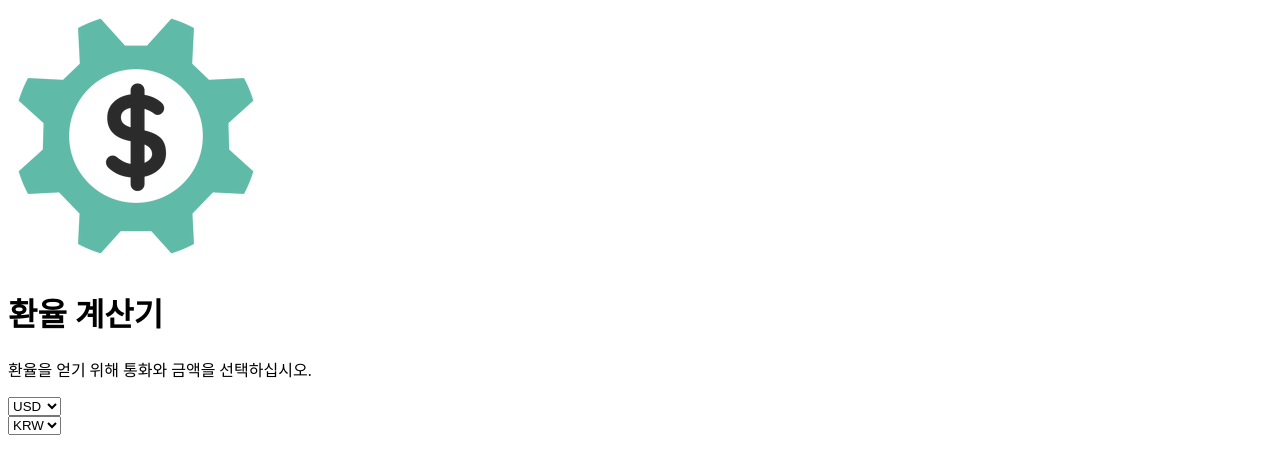
Repository: AbrorjonKuchkarov/exchange-rate
Page: index.html
The author's editor kept a copy of each file at every save. The page is drawn from the files as they stood at one save, then again after the next save.
The browser window is 1280 px wide. The pictures show the whole page.

Above is the page before, as saved 2022-02-24 01:11:38.

### index.html
<!DOCTYPE html>
<html lang="en">
<head>
   <meta charset="UTF-8">
   <meta http-equiv="X-UA-Compatible" content="IE=edge">
   <meta name="viewport" content="width=device-width, initial-scale=1.0">
<link rel="stylesheet" href="style.css">
   <title>환율</title>
</head>
<body>
   <img src="img/money.png" alt="">
   <h1>환율 계산기 </h1>
   <p>환율을 얻기 위해 통화와 금액을 선택하십시오.</p>

   <div class="container">
      <div class="currency">
         <select id="selectOne">
            <option value="AED">AED</option>
            <option value="ARS">ARS</option>
            <option value="AUD">AUD</option>
            <option value="BGN">BGN</option>
            <option value="BRL">BRL</option>
            <option value="BSD">BSD</option>
            <option value="CAD">CAD</option>
            <option value="CHF">CHF</option>
            <option value="CLP">CLP</option>
            <option value="CNY">CNY</option>
            <option value="COP">COP</option>
            <option value="CZK">CZK</option>
            <option value="DKK">DKK</option>
            <option value="DOP">DOP</option>
            <option value="EGP">EGP</option>
            <option value="EUR">EUR</option>
            <option value="FJD">FJD</option>
            <option value="GBP">GBP</option>
            <option value="GTQ">GTQ</option>
            <option value="HKD">HKD</option>
            <option value="HRK">HRK</option>
            <option value="HUF">HUF</option>
            <option value="IDR">IDR</option>
            <option value="ILS">ILS</option>
            <option value="INR">INR</option>
            <option value="ISK">ISK</option>
            <option value="JPY">JPY</option>
            <option value="KRW">KRW</option>
            <option value="KZT">KZT</option>
            <option value="MXN">MXN</option>
            <option value="MYR">MYR</option>
            <option value="NOK">NOK</option>
            <option value="NZD">NZD</option>
            <option value="PAB">PAB</option>
            <option value="PEN">PEN</option>
            <option value="PHP">PHP</option>
            <option value="PKR">PKR</option>
            <option value="PLN">PLN</option>
            <option value="PYG">PYG</option>
            <option value="RON">RON</option>
            <option value="RUB">RUB</option>
            <option value="SAR">SAR</option>
            <option value="SEK">SEK</option>
            <option value="SGD">SGD</option>
            <option value="THB">THB</option>
            <option value="TRY">TRY</option>
            <option value="TWD">TWD</option>
            <option value="UAH">UAH</option>
            <option value="USD" selected>USD</option>
            <option value="UYU">UYU</option>
            <option value="VND">VND</option>
            <option value="ZAR">ZAR</option>
         </select>
      </div>

      <div class="swap">

      </div>

      <div class="currency">
         <select id="selectTwo">
         <option value="AED">AED</option>
         <option value="ARS">ARS</option>
         <option value="AUD">AUD</option>
         <option value="BGN">BGN</option>
         <option value="BRL">BRL</option>
         <option value="BSD">BSD</option>
         <option value="CAD">CAD</option>
         <option value="CHF">CHF</option>
         <option value="CLP">CLP</option>
         <option value="CNY">CNY</option>
         <option value="COP">COP</option>
         <option value="CZK">CZK</option>
         <option value="DKK">DKK</option>
         <option value="DOP">DOP</option>
         <option value="EGP">EGP</option>
         <option value="EUR">EUR</option>
         <option value="FJD">FJD</option>
         <option value="GBP">GBP</option>
         <option value="GTQ">GTQ</option>
         <option value="HKD">HKD</option>
         <option value="HRK">HRK</option>
         <option value="HUF">HUF</option>
         <option value="IDR">IDR</option>
         <option value="ILS">ILS</option>
         <option value="INR">INR</option>
         <option value="ISK">ISK</option>
         <option value="JPY">JPY</option>
         <option value="KRW" selected>KRW</option>
         <option value="KZT">KZT</option>
         <option value="MXN">MXN</option>
         <option value="MYR">MYR</option>
         <option value="NOK">NOK</option>
         <option value="NZD">NZD</option>
         <option value="PAB">PAB</option>
         <option value="PEN">PEN</option>
         <option value="PHP">PHP</option>
         <option value="PKR">PKR</option>
         <option value="PLN">PLN</option>
         <option value="PYG">PYG</option>
         <option value="RON">RON</option>
         <option value="RUB">RUB</option>
         <option value="SAR">SAR</option>
         <option value="SEK">SEK</option>
         <option value="SGD">SGD</option>
         <option value="THB">THB</option>
         <option value="TRY">TRY</option>
         <option value="TWD">TWD</option>
         <option value="UAH">UAH</option>
         <option value="USD">USD</option>
         <option value="UYU">UYU</option>
         <option value="VND">VND</option>
         <option value="ZAR">ZAR</option>
      </select>
      </div>
   </div>




   <script src="app.js"></script>
</body>
</html>

Loaded but not shown: app.js (no copy from this time; the picture is the same without it); style.css (no copy from this time; the picture is the same without it)

After the next save:
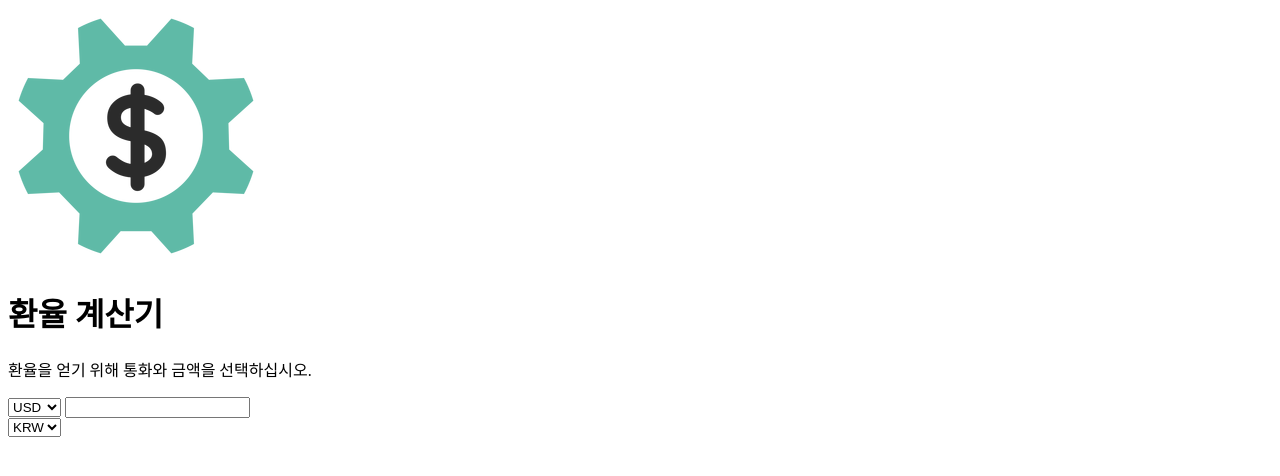
Saved 25 s later.
--- a/index.html
+++ b/index.html
@@ -68,6 +68,7 @@
             <option value="VND">VND</option>
             <option value="ZAR">ZAR</option>
          </select>
+         <input type="number" class="inputOne" >
       </div>
 
       <div class="swap">
